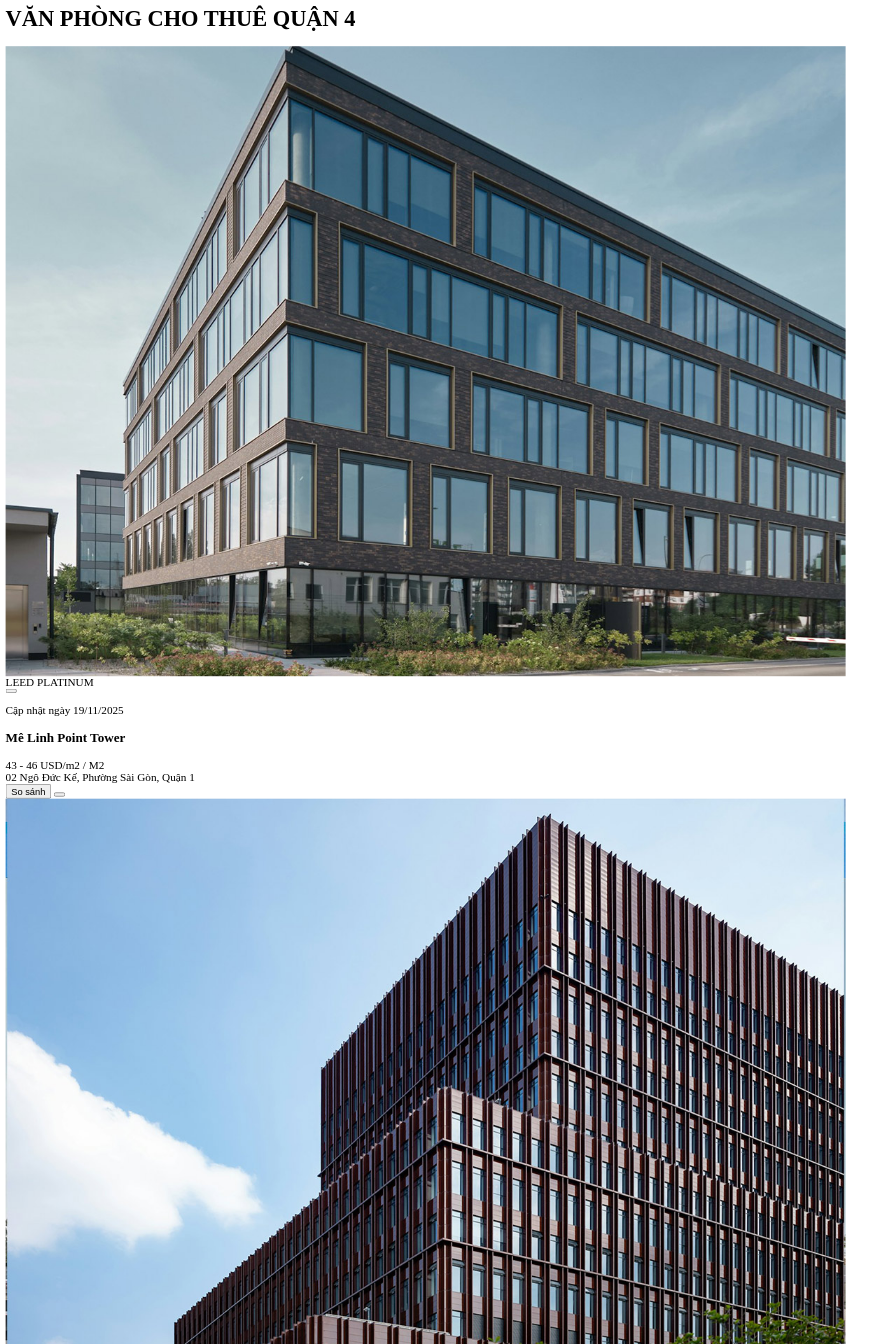
Repository: HuyTranTuan/anphuholdings
Page: partials/office-rental/office-rental-ward-4.html
The author's editor kept a copy of each file at every save. The page is drawn from the files as they stood at one save, then again after the next save.
The browser window is 1280 px wide. The pictures show the part of the page from y = 0 to 1920 px (the page is 4372 px tall before and 4411 px after), at 70% of full size.

Above is the page before, as saved 2025-12-22 14:24:23.

### partials/office-rental/office-rental-ward-4.html
<div class="mx-auto ">
    <div class="mb-8 flex items-center justify-between">
        <h1 data-aos="fade" data-aos-duration="1000" data-aos-easing="ease-in-out" class="text-3xl font-bold text-navy">
            VĂN PHÒNG CHO THUÊ QUẬN 4
        </h1>
        <!-- <div class="flex gap-3">
            <button class="rounded-lg bg-navy px-5 py-2 text-white transition hover:bg-navy-light">
                Xem toàn bộ
            </button>
            <button class="rounded-lg border border-gray-300 p-2 transition hover:bg-gold/10">
                <i class="fas fa-chevron-left text-navy"></i>
            </button>
            <button class="rounded-lg border border-gray-300 p-2 transition hover:bg-gold/10">
                <i class="fas fa-chevron-right text-navy"></i>
            </button>
        </div> -->
        <div data-include="./partials/office-rental/view-full-details.html"></div>
    </div>

    <div data-aos="fade-left" data-aos-duration="1000" data-aos-easing="ease-in-out" data-aos-offset="150"
        class="swiper-wrapper grid grid-cols-1 gap-6 md:grid-cols-2 lg:grid-cols-4">
        <!-- Card 1 -->
        <div class="swiper-slide overflow-hidden rounded-2xl bg-white shadow-md transition hover:shadow-lg">
            <div class="swiper-sliderelative">
                <div class="flex h-48 items-center justify-center bg-slate-200">
                    <img src="assets/images/detail/detail-40.jpg" alt="" class="block w-full h-full object-cover">
                </div>
                <div class="absolute left-3 top-2 rounded bg-gold px-2 py-1 text-xs font-semibold text-white">
                    LEED PLATINUM
                </div>
                <button class="absolute right-3 top-3 rounded-lg bg-white p-2 shadow transition hover:bg-gray-50">
                    <i class="far fa-heart text-gold"></i>
                </button>
            </div>

            <div class="p-4">
                <p class="mb-1 text-sm text-gray-500">
                    Cập nhật ngày 19/11/2025
                </p>
                <h3 class="mb-3 text-lg font-semibold text-navy">
                    Mê Linh Point Tower
                </h3>

                <div class="mb-2 flex items-center gap-2">
                    <i class="fas fa-tag text-sm text-navy"></i>
                    <span class="font-semibold text-gold">43 - 46 USD/m2</span>
                    <span class="text-gray-600">/ M2</span>
                </div>

                <div class="mb-4 flex items-start gap-2 text-sm text-gray-600">
                    <i class="fas fa-map-marker-alt mt-1 text-navy"></i>
                    <span>02 Ngô Đức Kế, Phường Sài Gòn, Quận 1</span>
                </div>

                <div class="flex items-center justify-between">
                    <button
                        class="rounded-xl border border-navy px-4 py-2 text-sm text-navy transition hover:bg-navy hover:text-white">
                        So sánh
                    </button>
                    <button class="rounded-xl border border-gray-300 p-2 transition hover:bg-gold/10">
                        <i class="far fa-clone text-navy"></i>
                    </button>
                </div>
            </div>
        </div>

        <!-- Card 2 -->
        <div class="swiper-slide overflow-hidden rounded-2xl bg-white shadow-md transition hover:shadow-lg">
            <div class="relative">
                <div class="flex h-48 items-center justify-center bg-slate-200">
                    <img src="assets/images/detail/detail-41.jpg" alt="" class="block w-full h-full object-cover">
                </div>
                <div class="absolute left-3 top-3 rounded bg-gold px-2 py-1 text-xs font-semibold text-white">
                    LEED PLATINUM
                </div>
                <button class="absolute right-3 top-3 rounded-lg bg-white p-2 shadow transition hover:bg-gray-50">
                    <i class="far fa-heart text-gold"></i>
                </button>
            </div>

            <div class="p-4">
                <p class="mb-1 text-sm text-gray-500">
                    Cập nhật ngày 19/11/2025
                </p>
                <h3 class="mb-3 text-lg font-semibold text-navy">
                    Vietcombank Tower
                </h3>

                <div class="mb-2 flex items-center gap-2">
                    <i class="fas fa-tag text-sm text-navy"></i>
                    <span class="font-semibold text-gold">53 - 55 USD/m2</span>
                    <span class="text-gray-600">/ M2</span>
                </div>

                <div class="mb-4 flex items-start gap-2 text-sm text-gray-600">
                    <i class="fas fa-map-marker-alt mt-1 text-navy"></i>
                    <span>5 Công Trường Mê Linh, Quận 1</span>
                </div>

                <div class="flex items-center justify-between">
                    <button
                        class="rounded-xl border border-navy px-4 py-2 text-sm text-navy transition hover:bg-navy hover:text-white">
                        So sánh
                    </button>
                    <button class="rounded-xl border border-gray-300 p-2 transition hover:bg-gold/10">
                        <i class="far fa-clone text-navy"></i>
                    </button>
                </div>
            </div>
        </div>

        <!-- Card 3 -->
        <div class="swiper-slide overflow-hidden rounded-2xl bg-white shadow-md transition hover:shadow-lg">
            <div class="relative">
                <div class="flex h-48 items-center justify-center bg-slate-200">
                    <img src="assets/images/detail/detail-42.jpg" alt="" class="block w-full h-full object-cover">
                </div>
                <div class="absolute left-3 top-3 rounded bg-gold px-2 py-1 text-xs font-semibold text-white">
                    LEED PLATINUM
                </div>
                <button class="absolute right-3 top-3 rounded-lg bg-white p-2 shadow transition hover:bg-gray-50">
                    <i class="far fa-heart text-gold"></i>
                </button>
            </div>

            <div class="p-4">
                <p class="mb-1 text-sm text-gray-500">
                    Cập nhật ngày 21/11/2025
                </p>
                <h3 class="mb-3 text-lg font-semibold text-navy">
                    Sonatus Building
                </h3>

                <div class="mb-2 flex items-center gap-2">
                    <i class="fas fa-tag text-sm text-navy"></i>
                    <span class="font-semibold text-gold">43 - 45 USD/m2</span>
                    <span class="text-gray-600">/ M2</span>
                </div>

                <div class="mb-4 flex items-start gap-2 text-sm text-gray-600">
                    <i class="fas fa-map-marker-alt mt-1 text-navy"></i>
                    <span>15 Lê Thánh Tôn, Quận 1</span>
                </div>

                <div class="flex items-center justify-between">
                    <button
                        class="rounded-xl border border-navy px-4 py-2 text-sm text-navy transition hover:bg-navy hover:text-white">
                        So sánh
                    </button>
                    <button class="rounded-xl border border-gray-300 p-2 transition hover:bg-gold/10">
                        <i class="far fa-clone text-navy"></i>
                    </button>
                </div>
            </div>
        </div>

        <!-- Card 4 -->
        <div class="overflow-hidden rounded-2xl bg-white shadow-md transition hover:shadow-lg">
            <div class="relative">
                <div class="flex h-48 items-center justify-center bg-slate-200">
                    <img src="assets/images/detail/detail-43.jpg" alt="" class="block w-full h-full object-cover">
                </div>
                <div class="absolute left-3 top-3 rounded bg-gold px-2 py-1 text-xs font-semibold text-white">
                    LEED PLATINUM
                </div>
                <button class="absolute right-3 top-3 rounded-lg bg-white p-2 shadow transition hover:bg-gray-50">
                    <i class="far fa-heart text-gold"></i>
                </button>
            </div>

            <div class="p-4">
                <p class="mb-1 text-sm text-gray-500">
                    Cập nhật ngày 20/11/2025
                </p>
                <h3 class="mb-3 text-lg font-semibold text-navy">
                    VOV Building
                </h3>

                <div class="mb-2 flex items-center gap-2">
                    <i class="fas fa-tag text-sm text-navy"></i>
                    <span class="font-semibold text-gold">21 - 25 USD/m2</span>
                    <span class="text-gray-600">/ M2</span>
                </div>

                <div class="mb-4 flex items-start gap-2 text-sm text-gray-600">
                    <i class="fas fa-map-marker-alt mt-1 text-navy"></i>
                    <span>7 Nguyễn Thị Minh Khai, Quận 1</span>
                </div>

                <div class="flex items-center justify-between">
                    <button
                        class="rounded-xl border border-navy px-4 py-2 text-sm text-navy transition hover:bg-navy hover:text-white">
                        So sánh
                    </button>
                    <button class="rounded-xl border border-gray-300 p-2 transition hover:bg-gold/10">
                        <i class="far fa-clone text-navy"></i>
                    </button>
                </div>
            </div>
        </div>
    </div>
</div>

After the next save:
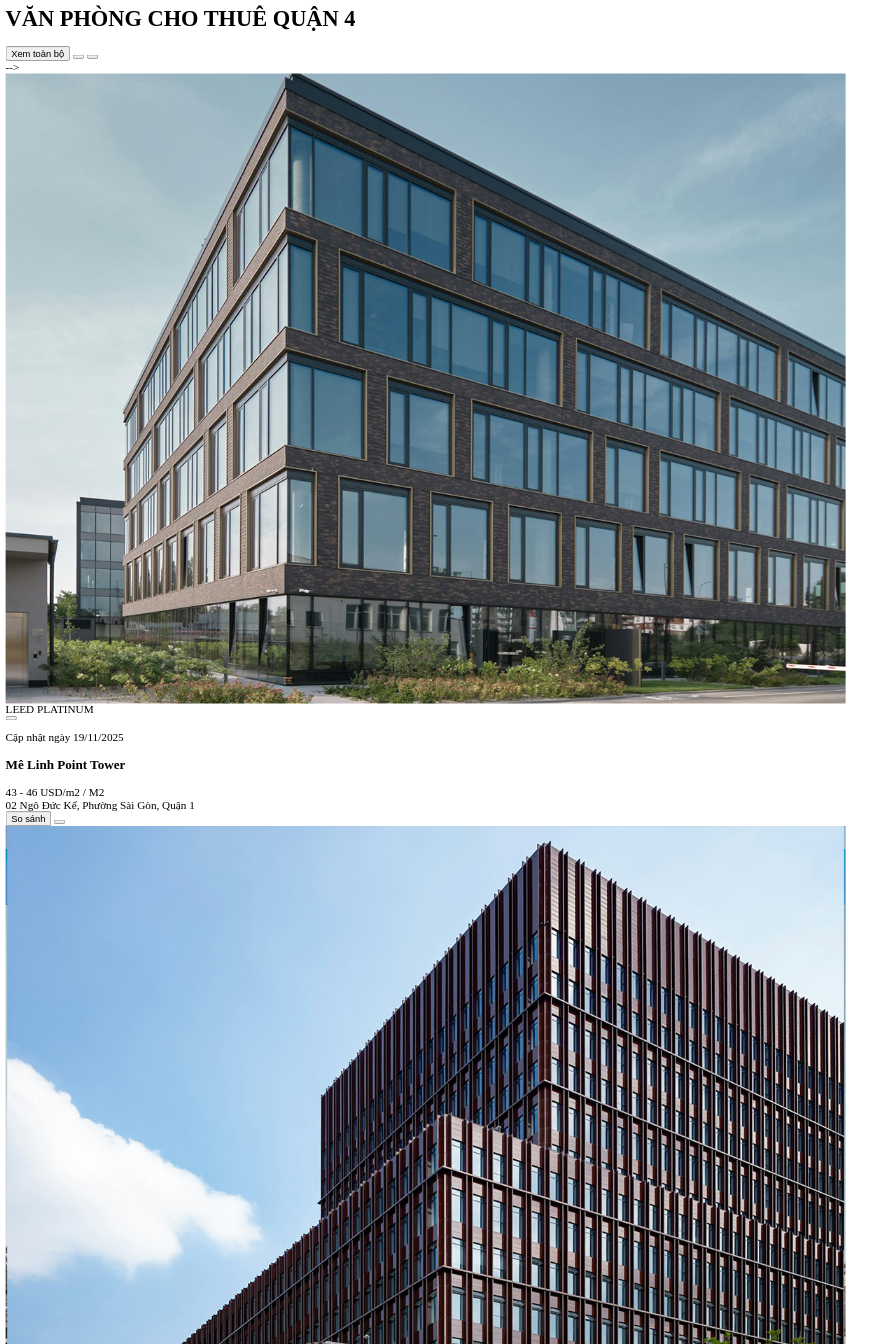
Saved 21 s later.
--- a/partials/office-rental/office-rental-ward-4.html
+++ b/partials/office-rental/office-rental-ward-4.html
@@ -3,7 +3,7 @@
         <h1 data-aos="fade" data-aos-duration="1000" data-aos-easing="ease-in-out" class="text-3xl font-bold text-navy">
             VĂN PHÒNG CHO THUÊ QUẬN 4
         </h1>
-        <!-- <div class="flex gap-3">
+        <div class="flex gap-3">
             <button class="rounded-lg bg-navy px-5 py-2 text-white transition hover:bg-navy-light">
                 Xem toàn bộ
             </button>
@@ -14,7 +14,7 @@
                 <i class="fas fa-chevron-right text-navy"></i>
             </button>
         </div> -->
-        <div data-include="./partials/office-rental/view-full-details.html"></div>
+        <!-- <div data-include="./partials/office-rental/view-full-details.html"></div>
     </div>
 
     <div data-aos="fade-left" data-aos-duration="1000" data-aos-easing="ease-in-out" data-aos-offset="150"
